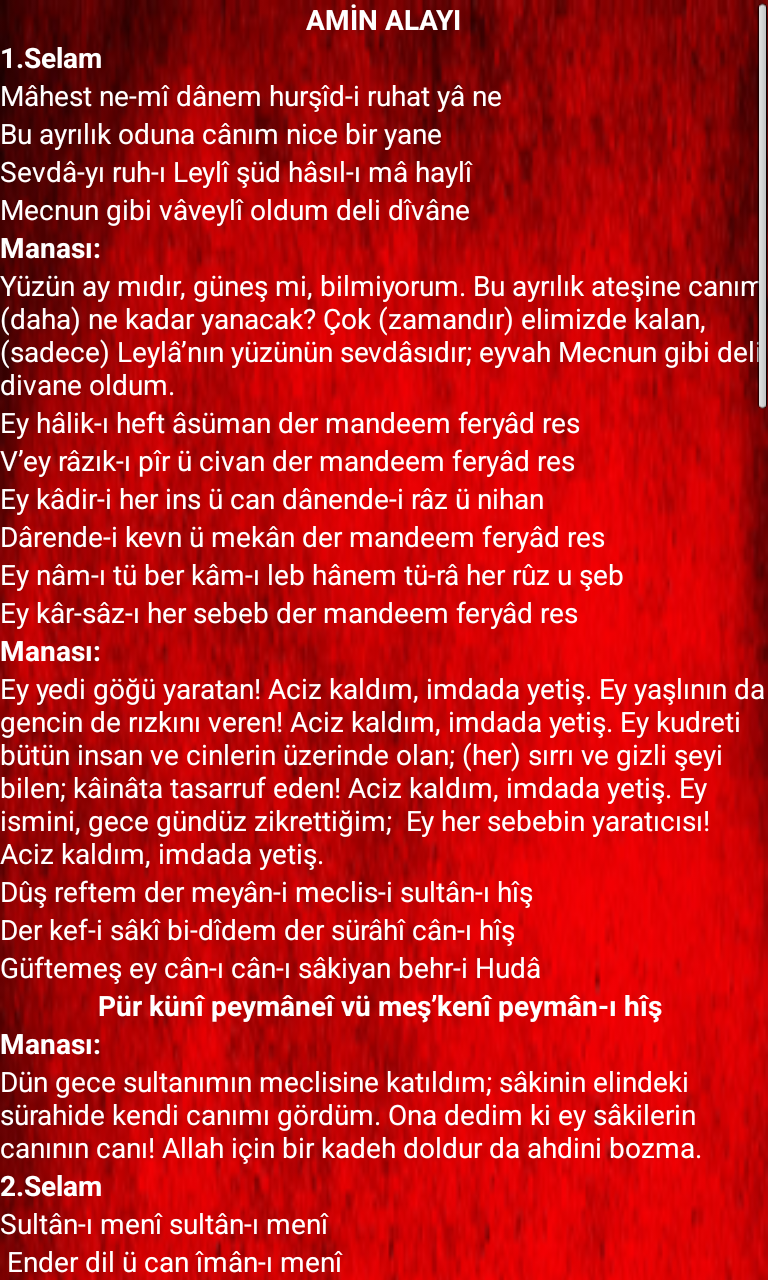
Repository: dokayazilim/Safahat-Android--Uygulamasi
Layout: safahat(android)/Safahat/res/layout/kitap31.xml
An editor plug-in stored every save of this project. The layout is shown before and after a run of saves, followed by the edit.
It is drawn on a 768 x 1280 px phone screen (xhdpi) without system bars, with theme android:Theme; the app's code is not run.

Above is the layout before, as saved 2012-09-07 16:10:29.

### safahat(android)/Safahat/res/layout/kitap31.xml
<?xml version="1.0" encoding="utf-8"?>
<ScrollView    android:id="@+id/widget1"    android:layout_width="fill_parent"    android:layout_height="fill_parent"    xmlns:android="http://schemas.android.com/apk/res/android"    >
<LinearLayout xmlns:android="http://schemas.android.com/apk/res/android"
    android:layout_width="fill_parent"
    android:layout_height="fill_parent"
    android:orientation="vertical" android:background="@drawable/androidturk">

  <TextView
        android:id="@+id/textView1"
        android:layout_width="wrap_content"
        android:layout_height="wrap_content"
        android:text="AMİN ALAYI" android:textColor="#ffffff" android:textStyle="bold" android:layout_gravity="center"/>
<TextView
        android:id="@+id/textView2"
        android:layout_width="wrap_content"
        android:layout_height="wrap_content"
        android:text="1.Selam  " android:textColor="#ffffff" android:textStyle="bold"/>
<TextView
        android:id="@+id/textView3"
        android:layout_width="wrap_content"
        android:layout_height="wrap_content"
        android:text="Mâhest ne-mî dânem hurşîd-i ruhat yâ ne    " android:textColor="#ffffff" />
<TextView
        android:id="@+id/textView4"
        android:layout_width="wrap_content"
        android:layout_height="wrap_content"
        android:text="Bu ayrılık oduna cânım nice bir yane
  " android:textColor="#ffffff" />
<TextView
        android:id="@+id/textView5"
        android:layout_width="wrap_content"
        android:layout_height="wrap_content"
        android:text="Sevdâ-yı ruh-ı Leylî şüd hâsıl-ı mâ haylî " android:textColor="#ffffff" />
<TextView
        android:id="@+id/textView6"
        android:layout_width="wrap_content"
        android:layout_height="wrap_content"
        android:text="Mecnun gibi vâveylî oldum deli dîvâne     " android:textColor="#ffffff" />
<TextView
        android:id="@+id/textView7"
        android:layout_width="wrap_content"
        android:layout_height="wrap_content"
        android:text="Manası:  " android:textColor="#ffffff" android:textStyle="bold"/>
<TextView
        android:id="@+id/textView8"
        android:layout_width="wrap_content"
        android:layout_height="wrap_content"
        android:text="Yüzün ay mıdır, güneş mi, bilmiyorum. Bu ayrılık ateşine canım (daha) ne kadar yanacak? Çok (zamandır) elimizde kalan, (sadece) Leylâ’nın yüzünün sevdâsıdır; eyvah Mecnun gibi deli divane oldum. " android:textColor="#ffffff" />
<TextView
        android:id="@+id/textView9"
        android:layout_width="wrap_content"
        android:layout_height="wrap_content"
        android:text="Ey hâlik-ı heft âsüman der mandeem feryâd res
 " android:textColor="#ffffff"/>
<TextView
        android:id="@+id/textView10"
        android:layout_width="wrap_content"
        android:layout_height="wrap_content"
        android:text="V’ey râzık-ı pîr ü civan der mandeem feryâd res     " android:textColor="#ffffff"/>
<TextView
        android:id="@+id/textView11"
        android:layout_width="wrap_content"
        android:layout_height="wrap_content"
        android:text="Ey kâdir-i her ins ü can dânende-i râz ü nihan
 " android:textColor="#ffffff" />
<TextView
        android:id="@+id/textView12"
        android:layout_width="wrap_content"
        android:layout_height="wrap_content"
        android:text="Dârende-i kevn ü mekân der mandeem feryâd res
   " android:textColor="#ffffff" />
<TextView
        android:id="@+id/textView13"
        android:layout_width="wrap_content"
        android:layout_height="wrap_content"
        android:text="Ey nâm-ı tü ber kâm-ı leb hânem tü-râ her rûz u şeb  " android:textColor="#ffffff"/>
<TextView
        android:id="@+id/textView14"
        android:layout_width="wrap_content"
        android:layout_height="wrap_content"
        android:text="Ey kâr-sâz-ı her sebeb der mandeem feryâd res " android:textColor="#ffffff" />
<TextView
        android:id="@+id/textView15"
        android:layout_width="wrap_content"
        android:layout_height="wrap_content"
        android:text="Manası:
   " android:textColor="#ffffff" android:textStyle="bold"/>
<TextView
        android:id="@+id/textView16"
        android:layout_width="wrap_content"
        android:layout_height="wrap_content"
        android:text="Ey yedi göğü yaratan! Aciz kaldım, imdada yetiş. Ey yaşlının da gencin de rızkını veren! Aciz kaldım, imdada yetiş. Ey kudreti bütün insan ve cinlerin üzerinde olan; (her) sırrı ve gizli şeyi bilen; kâinâta tasarruf eden! Aciz kaldım, imdada yetiş. Ey ismini, gece gündüz zikrettiğim;
Ey her sebebin yaratıcısı! Aciz kaldım, imdada yetiş." android:textColor="#ffffff"/>
<TextView
        android:id="@+id/textView17"
        android:layout_width="wrap_content"
        android:layout_height="wrap_content"
        android:text="Dûş reftem der meyân-i meclis-i sultân-ı hîş " android:textColor="#ffffff" />
<TextView
        android:id="@+id/textView18"
        android:layout_width="wrap_content"
        android:layout_height="wrap_content"
        android:text="Der kef-i sâkî bi-dîdem der sürâhî cân-ı hîş
   " android:textColor="#ffffff" />
<TextView
        android:id="@+id/textView19"
        android:layout_width="wrap_content"
        android:layout_height="wrap_content"
        android:text="Güftemeş ey cân-ı cân-ı sâkiyan behr-i Hudâ   " android:textColor="#ffffff"/>
<TextView
        android:id="@+id/textView20"
        android:layout_width="wrap_content"
        android:layout_height="wrap_content"
        android:text="Pür künî peymâneî vü meş’kenî peymân-ı hîş " android:textColor="#ffffff" android:textStyle="bold" android:layout_gravity="center"/>
<TextView
        android:id="@+id/textView21"
        android:layout_width="wrap_content"
        android:layout_height="wrap_content"
        android:text="Manası:" android:textColor="#ffffff" android:textStyle="bold"/>
<TextView
        android:id="@+id/textView22"
        android:layout_width="wrap_content"
        android:layout_height="wrap_content"
        android:text="Dün gece sultanımın meclisine katıldım; sâkinin elindeki sürahide kendi canımı gördüm. Ona dedim ki ey sâkilerin canının canı! Allah için bir kadeh doldur da ahdini bozma.   " android:textColor="#ffffff"/>
<TextView
        android:id="@+id/textView23"
        android:layout_width="wrap_content"
        android:layout_height="wrap_content"
        android:text="2.Selam" android:textColor="#ffffff" android:textStyle="bold"/>
<TextView
        android:id="@+id/textView24"
        android:layout_width="wrap_content"
        android:layout_height="wrap_content"
        android:text="Sultân-ı menî sultân-ı menî
 " android:textColor="#ffffff" />
<TextView
        android:id="@+id/textView25"
        android:layout_width="wrap_content"
        android:layout_height="wrap_content"
        android:text="
Ender dil ü can îmân-ı menî
        " android:textColor="#ffffff" />
<TextView
        android:id="@+id/textView26"
        android:layout_width="wrap_content"
        android:layout_height="wrap_content"
        android:text=" Der men bi-demî men zinde şevem
  " android:textColor="#ffffff" />
<TextView
        android:id="@+id/textView27"
        android:layout_width="wrap_content"
        android:layout_height="wrap_content"
        android:text="Yek cân çi şeved sad cân-ı menî
 " android:textColor="#ffffff" />
<TextView
        android:id="@+id/textView28"
        android:layout_width="wrap_content"
        android:layout_height="wrap_content"
        android:text="Manası:
  " android:textColor="#ffffff" android:textStyle="bold"/>
<TextView
        android:id="@+id/textView29"
        android:layout_width="wrap_content"
        android:layout_height="wrap_content"
        android:text="Sultânımsın, sultânımsın; cânımda, gönlümde imânımsın. Bana üflersen ben dirilirim. Bir cân da nedir? Yüz cânımsın.   " android:textColor="#ffffff" />
<TextView
        android:id="@+id/textView30"
        android:layout_width="wrap_content"
        android:layout_height="wrap_content"
        android:text="Ey âşıkan ey âşıkan men cân ü cânan yâftem
  " android:textColor="#ffffff" />
<TextView
        android:id="@+id/textView31"
        android:layout_width="wrap_content"
        android:layout_height="wrap_content"
        android:text="
Ey sâdıkan ey sâdıkan men nûr-i îman yâftem
" android:textColor="#ffffff" />
<TextView
        android:id="@+id/textView32"
        android:layout_width="wrap_content"
        android:layout_height="wrap_content"
        android:text="Manası:
 " android:textColor="#ffffff" android:textStyle="bold"/>
<TextView
        android:id="@+id/textView33"
        android:layout_width="wrap_content"
        android:layout_height="wrap_content"
        android:text="BİR RESMİN ARKASINA YAZILMIŞTI" android:textColor="#ffffff" android:textStyle="bold" android:layout_gravity="center"/>
<TextView
        android:id="@+id/textView34"
        android:layout_width="wrap_content"
        android:layout_height="wrap_content"
        android:text="Kiminin yâd-ı ihtirâmı kalır,
  " android:textColor="#ffffff" />
<TextView
        android:id="@+id/textView35"
        android:layout_width="wrap_content"
        android:layout_height="wrap_content"
        android:text="Kendi gittikte cânişîni olur;
   " android:textColor="#ffffff"/>
<TextView
        android:id="@+id/textView36"
        android:layout_width="wrap_content"
        android:layout_height="wrap_content"
        android:text="Kiminin bir yığın meberrâtı
   " android:textColor="#ffffff" />
<TextView
        android:id="@+id/textView37"
        android:layout_width="wrap_content"
        android:layout_height="wrap_content"
        android:text="Toplanır, heykel-i metîni olur;" android:textColor="#ffffff" />
<TextView
        android:id="@+id/textView38"
        android:layout_width="wrap_content"
        android:layout_height="wrap_content"
        android:text="
Kiminin de olanca hâtırası,

  " android:textColor="#ffffff" />
<TextView
        android:id="@+id/textView39"
        android:layout_width="wrap_content"
        android:layout_height="wrap_content"
        android:text="Böyle bir sâye-i hazîni olur!" android:textColor="#ffffff" />
<TextView
        android:id="@+id/textView40"
        android:layout_width="wrap_content"
        android:layout_height="wrap_content"
        android:text="ŞAİR HUZURUNDA MÜNEKKİD" android:textColor="#ffffff" android:textStyle="bold" android:layout_gravity="center"/>
<TextView
        android:id="@+id/textView41"
        android:layout_width="wrap_content"
        android:layout_height="wrap_content"
        android:text="Düzer yâve-gû bir herif bir gazel
  " android:textColor="#ffffff" />
<TextView
        android:id="@+id/textView42"
        android:layout_width="wrap_content"
        android:layout_height="wrap_content"
        android:text="Müeddâ perîşan, edâ mübtezel.
  " android:textColor="#ffffff" />
<TextView
        android:id="@+id/textView43"
        android:layout_width="wrap_content"
        android:layout_height="wrap_content"
        android:text="Tabî´î o gâyetle parlak bulur;
  " android:textColor="#ffffff" />
<TextView
        android:id="@+id/textView44"
        android:layout_width="wrap_content"
        android:layout_height="wrap_content"
        android:text="Okur, dinletir, söyletir, gaşy olur.
  " android:textColor="#ffffff" />
<TextView
        android:id="@+id/textView45"
        android:layout_width="wrap_content"
        android:layout_height="wrap_content"
        android:text="Biraz sonra bastırmak ister, fakat,
  " android:textColor="#ffffff" />
<TextView
        android:id="@+id/textView46"
        android:layout_width="wrap_content"
        android:layout_height="wrap_content"
        android:text="Sakın olmasın der ufak bir sakat,
  " android:textColor="#ffffff" />
<TextView
        android:id="@+id/textView47"
        android:layout_width="wrap_content"
        android:layout_height="wrap_content"
        android:text="Büyük, muktedir bir münekkid arar,
  " android:textColor="#ffffff" />
<TextView
        android:id="@+id/textView48"
        android:layout_width="wrap_content"
        android:layout_height="wrap_content"
        android:text="Nihâyet zarîfin birinden sorar.
  " android:textColor="#ffffff" />
<TextView
        android:id="@+id/textView49"
        android:layout_width="wrap_content"
        android:layout_height="wrap_content"
        android:text="Gözetmez bu âdem de hâtır, huzûr,
  " android:textColor="#ffffff" />
<TextView
        android:id="@+id/textView50"
        android:layout_width="wrap_content"
        android:layout_height="wrap_content"
        android:text="Bulur lâfz u ma´nâda birçok kusûr
  " android:textColor="#ffffff" />
<TextView
        android:id="@+id/textView51"
        android:layout_width="wrap_content"
        android:layout_height="wrap_content"
        android:text="Herif şimdi tenkîde hiddetlenir,
  " android:textColor="#ffffff" />
<TextView
        android:id="@+id/textView52"
        android:layout_width="wrap_content"
        android:layout_height="wrap_content"
        android:text="Rezîlâne artık neler söylenir
  " android:textColor="#ffffff" />
<TextView
        android:id="@+id/textView53"
        android:layout_width="wrap_content"
        android:layout_height="wrap_content"
        android:text="Biraz dinleyip sonra, bak, der zarîf:
  " android:textColor="#ffffff" />
<TextView
        android:id="@+id/textView54"
        android:layout_width="wrap_content"
        android:layout_height="wrap_content"
        android:text="Sizin nesriniz nazmınızdan lâtîf!
  " android:textColor="#ffffff" />
<TextView
        android:id="@+id/textView55"
        android:layout_width="wrap_content"
        android:layout_height="wrap_content"
        android:text="BU DA BİR MEZAR TAŞI İÇİN YAZILMIŞTI" android:textColor="#ffffff" android:textStyle="bold" android:layout_gravity="center"/>
<TextView
        android:id="@+id/textView56"
        android:layout_width="wrap_content"
        android:layout_height="wrap_content"
        android:text="Yâ Rab ne hatîbdir ki makber.
  " android:textColor="#ffffff" />
<TextView
        android:id="@+id/textView57"
        android:layout_width="wrap_content"
        android:layout_height="wrap_content"
        android:text="İnsanlara en derin meâli,
  " android:textColor="#ffffff" />
<TextView
        android:id="@+id/textView58"
        android:layout_width="wrap_content"
        android:layout_height="wrap_content"
        android:text="Bir vahy-i bülend kudretiyle,
  " android:textColor="#ffffff" />
<TextView
        android:id="@+id/textView59"
        android:layout_width="wrap_content"
        android:layout_height="wrap_content"
        android:text="Telkîn ediyor lisân-ı hâli!
  " android:textColor="#ffffff" />
<TextView
        android:id="@+id/textView60"
        android:layout_width="wrap_content"
        android:layout_height="wrap_content"
        android:text="Ondan da alınmıyorsa ibret,
  " android:textColor="#ffffff" />
<TextView
        android:id="@+id/textView61"
        android:layout_width="wrap_content"
        android:layout_height="wrap_content"
        android:text="Yok bir daha almak ihtimâli!
  " android:textColor="#ffffff" />
<TextView
        android:id="@+id/textView62"
        android:layout_width="wrap_content"
        android:layout_height="wrap_content"
        android:text="Binlerce vücûd-i nâzenînin
  " android:textColor="#ffffff" />
<TextView
        android:id="@+id/textView63"
        android:layout_width="wrap_content"
        android:layout_height="wrap_content"
        android:text="Bir servi hayâl-i yâl ü bâli,
  " android:textColor="#ffffff" />
<TextView
        android:id="@+id/textView64"
        android:layout_width="wrap_content"
        android:layout_height="wrap_content"
        android:text="Binlerce ser-i semâ-güzînin
  " android:textColor="#ffffff" />
<TextView
        android:id="@+id/textView65"
        android:layout_width="wrap_content"
        android:layout_height="wrap_content"
        android:text="Bir kabza türâb olur zevâli.
  " android:textColor="#ffffff" />
<TextView
        android:id="@+id/textView66"
        android:layout_width="wrap_content"
        android:layout_height="wrap_content"
        android:text="Her seng-i mezâr bin hayâtın
  " android:textColor="#ffffff" />
<TextView
        android:id="@+id/textView67"
        android:layout_width="wrap_content"
        android:layout_height="wrap_content"
        android:text="Fânilere karşı infiâli.
  " android:textColor="#ffffff" />
<TextView
        android:id="@+id/textView68"
        android:layout_width="wrap_content"
        android:layout_height="wrap_content"
        android:text="Görsün de bu inkılâbı insan,
  " android:textColor="#ffffff" />
<TextView
        android:id="@+id/textView69"
        android:layout_width="wrap_content"
        android:layout_height="wrap_content"
        android:text="Dehrin nedir anlasın kemâli!
  " android:textColor="#ffffff" />
<TextView
        android:id="@+id/textView70"
        android:layout_width="wrap_content"
        android:layout_height="wrap_content"
        android:text="Zâir bu hakâikın önünde
  " android:textColor="#ffffff" />
<TextView
        android:id="@+id/textView71"
        android:layout_width="wrap_content"
        android:layout_height="wrap_content"
        android:text="Hâlâ mı bırakmadın hayâli?
  " android:textColor="#ffffff" />
<TextView
        android:id="@+id/textView72"
        android:layout_width="wrap_content"
        android:layout_height="wrap_content"
        android:text="GÜL, BÜLBÜL" android:textColor="#ffffff" android:textStyle="bold" android:layout_gravity="center"/>
<TextView
        android:id="@+id/textView73"
        android:layout_width="wrap_content"
        android:layout_height="wrap_content"
        android:text="Konduğu her gusn-i ter minberidir bülbülün,
  " android:textColor="#ffffff" />
<TextView
        android:id="@+id/textView74"
        android:layout_width="wrap_content"
        android:layout_height="wrap_content"
        android:text="Zemzeme addettiğin hutbesi, faslü´l-hitâb.
  " android:textColor="#ffffff" />
<TextView
        android:id="@+id/textView75"
        android:layout_width="wrap_content"
        android:layout_height="wrap_content"
        android:text="Reng-i hakîkat nedir, fark eden ebsâr için,
  " android:textColor="#ffffff" />
<TextView
        android:id="@+id/textView76"
        android:layout_width="wrap_content"
        android:layout_height="wrap_content"
        android:text="Goncada matvî duran her varak ümmü´l-kitâb.
  " android:textColor="#ffffff" />
<TextView
        android:id="@+id/textView77"
        android:layout_width="wrap_content"
        android:layout_height="wrap_content"
        android:text="TERCÜMEDİR" android:textColor="#ffffff" android:textStyle="bold" android:layout_gravity="center"/>
<TextView
        android:id="@+id/textView78"
        android:layout_width="wrap_content"
        android:layout_height="wrap_content"
        android:text="Kendi feryâdımdır ancak ses veren feryâdıma...
  " android:textColor="#ffffff" />
<TextView
        android:id="@+id/textView79"
        android:layout_width="wrap_content"
        android:layout_height="wrap_content"
        android:text="Kimseler yok âşinâdan büsbütün hâlî diyâr.
  " android:textColor="#ffffff" />
<TextView
        android:id="@+id/textView80"
        android:layout_width="wrap_content"
        android:layout_height="wrap_content"
        android:text="Kendi feryadımdır ancak ses veren feryadıma...
  " android:textColor="#ffffff" />
<TextView
        android:id="@+id/textView81"
        android:layout_width="wrap_content"
        android:layout_height="wrap_content"
        android:text="Kimseler yok tanıdıkların hepsi bu diyardan gitmiş. " android:textColor="#ffffff" />
<TextView
        android:id="@+id/textView82"
        android:layout_width="wrap_content"
        android:layout_height="wrap_content"
        android:text="'Nerde yârânım?' diyorken ben bülend âvâz ile
  " android:textColor="#ffffff" />
<TextView
        android:id="@+id/textView83"
        android:layout_width="wrap_content"
        android:layout_height="wrap_content"
        android:text="'Nerde yârânım?' diyor vâdî, beyâbân, kûhsâr.
  " android:textColor="#ffffff" />
<TextView
        android:id="@+id/textView84"
        android:layout_width="wrap_content"
        android:layout_height="wrap_content"
        android:text="Nühüfte kalb-i ketûmunda leyl-i deycurun,
  " android:textColor="#ffffff" />
<TextView
        android:id="@+id/textView85"
        android:layout_width="wrap_content"
        android:layout_height="wrap_content"
        android:text="Seninle biz iki âvâre-ser idik gûyâ:
  " android:textColor="#ffffff" />
<TextView
        android:id="@+id/textView86"
        android:layout_width="wrap_content"
        android:layout_height="wrap_content"
        android:text="Ki ta ebed kalacak muhtefi nazarlardan ,
  " android:textColor="#ffffff" />
<TextView
        android:id="@+id/textView87"
        android:layout_width="wrap_content"
        android:layout_height="wrap_content"
        android:text="Meğer ki onları etsin lisan-subh ifşa!
  " android:textColor="#ffffff" />
<TextView
        android:id="@+id/textView88"
        android:layout_width="wrap_content"
        android:layout_height="wrap_content"
        android:text="HÜSRAN-I MÜBİN" android:textColor="#ffffff" android:textStyle="bold" android:layout_gravity="center"/>
<TextView
        android:id="@+id/textView89"
        android:layout_width="wrap_content"
        android:layout_height="wrap_content"
        android:text="Başlattığı gün mektebe, duydum ki, diyordu,
  " android:textColor="#ffffff" />
<TextView
        android:id="@+id/textView90"
        android:layout_width="wrap_content"
        android:layout_height="wrap_content"
        android:text="Rahmetli babam: 'Âdem olur oğlum ilerde?'" android:textColor="#ffffff" />
<TextView
        android:id="@+id/textView91"
        android:layout_width="wrap_content"
        android:layout_height="wrap_content"
        android:text="Annemse, oturmuş, paşalıklar kuruyordu...
  " android:textColor="#ffffff" />
<TextView
        android:id="@+id/textView92"
        android:layout_width="wrap_content"
        android:layout_height="wrap_content"
        android:text="Âdemliği geçtik! Paşalık olsun, o nerde?
  " android:textColor="#ffffff" />
<TextView
        android:id="@+id/textView93"
        android:layout_width="wrap_content"
        android:layout_height="wrap_content"
        android:text="Âmâli tezâd üzre giderken ebeveynin,
  " android:textColor="#ffffff" />
<TextView
        android:id="@+id/textView94"
        android:layout_width="wrap_content"
        android:layout_height="wrap_content"
        android:text="Hep böyle harâb olmada etfâl ara yerde!
  " android:textColor="#ffffff" />

<TextView
        android:id="@+id/textView95"
        android:layout_width="wrap_content"
        android:layout_height="wrap_content"
        android:text="Mehmet Akif ERSOY" android:textColor="#ffffff" android:textStyle="bold"/>
</LinearLayout>
</ScrollView>

After the next 2 saves:
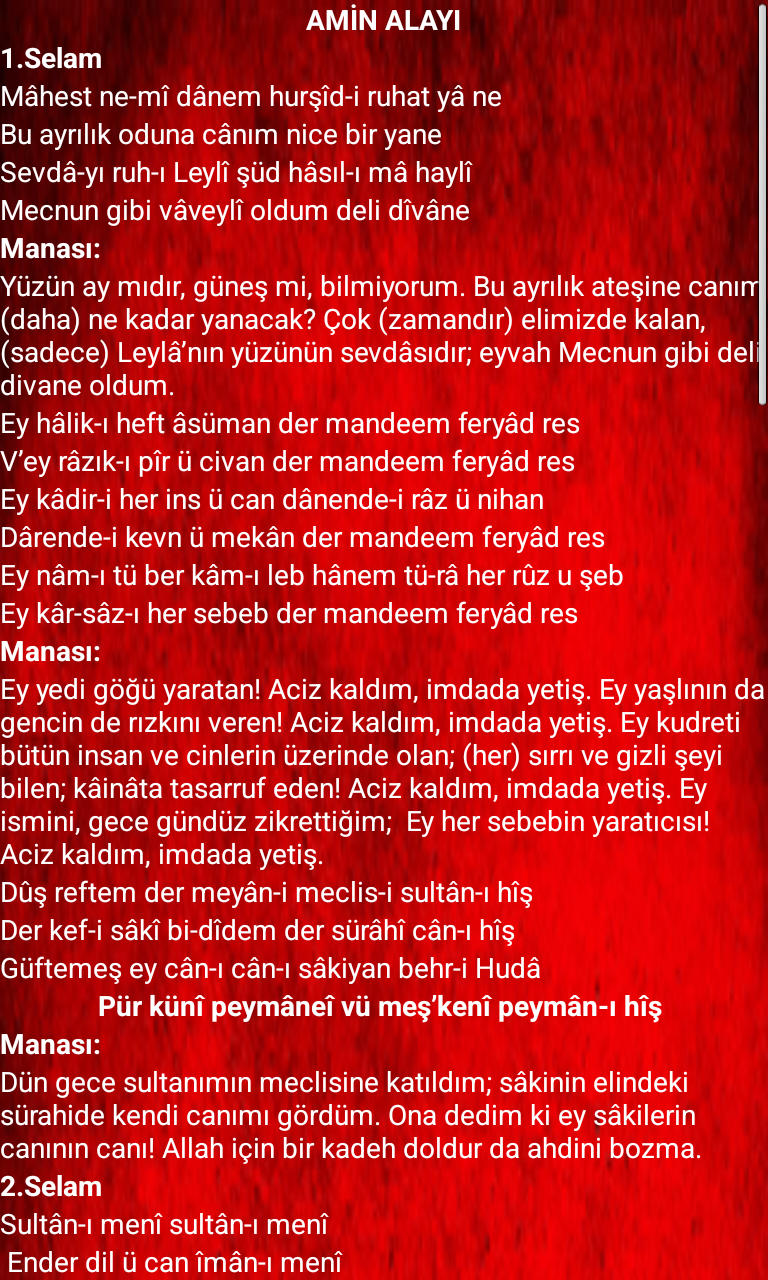
The 2 saves are shown as one change because 1 did not build or start.
The last was saved 74 s later.
--- a/safahat(android)/Safahat/res/layout/kitap31.xml
+++ b/safahat(android)/Safahat/res/layout/kitap31.xml
@@ -186,13 +186,13 @@ Ey sâdıkan ey sâdıkan men nûr-i îman yâftem
         android:id="@+id/textView33"
         android:layout_width="wrap_content"
         android:layout_height="wrap_content"
-        android:text="BİR RESMİN ARKASINA YAZILMIŞTI" android:textColor="#ffffff" android:textStyle="bold" android:layout_gravity="center"/>
+        android:text="Ey âşıklar, ey âşıklar! Ben canı ve cananı buldum. Ey sâdıklar, ey sâdıklar! Ben iman nurunu buldum. " android:textColor="#ffffff" android:textStyle="bold" android:layout_gravity="center"/>
 <TextView
         android:id="@+id/textView34"
         android:layout_width="wrap_content"
         android:layout_height="wrap_content"
-        android:text="Kiminin yâd-ı ihtirâmı kalır,
-  " android:textColor="#ffffff" />
+        android:text="3.Selam
+  " android:textColor="#ffffff" android:textStyle="bold"/>
 <TextView
         android:id="@+id/textView35"
         android:layout_width="wrap_content"
